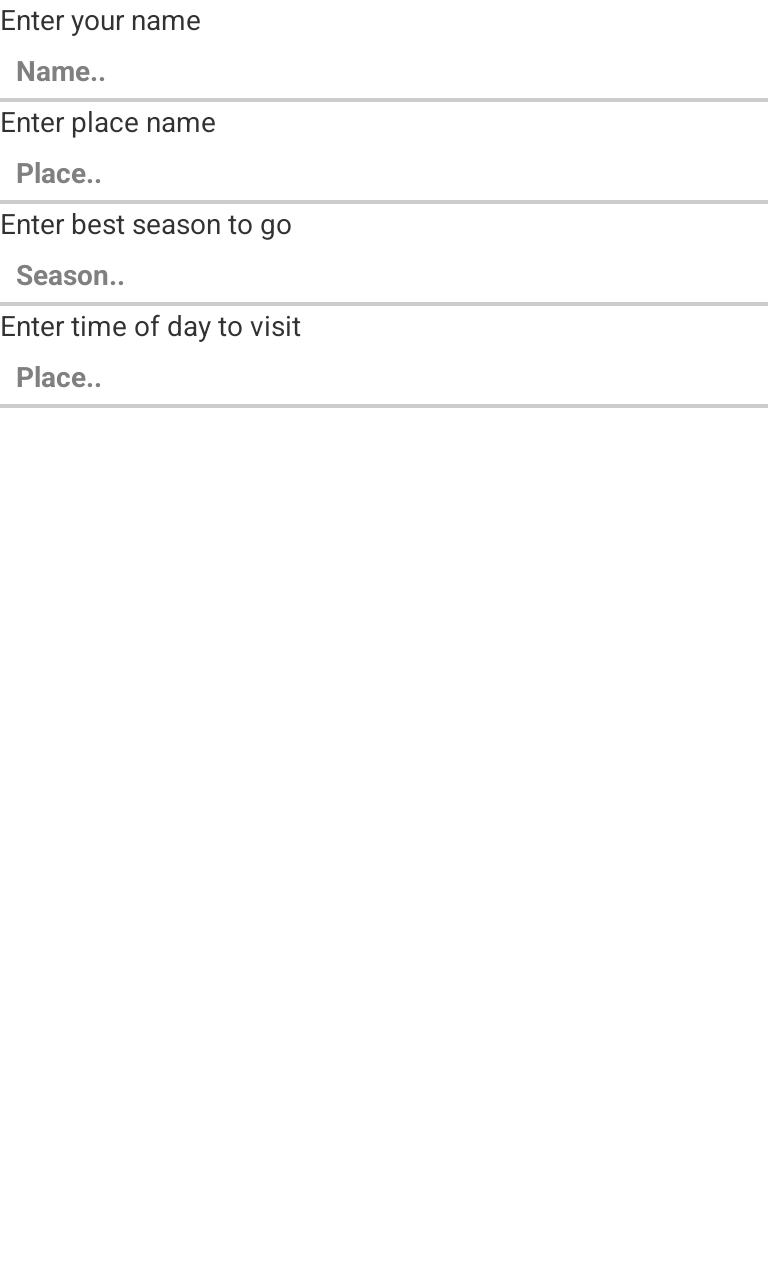
Repository: sandeshshetty/TravelZeus
Layout: TravelZeus/res/layout/fragment_insert_info.xml
The author's editor kept a copy of each file at every save. The layout is drawn from the files as they stood at one save, then again after the next save.
It is drawn on a 768 x 1280 px phone screen (xhdpi) without system bars, with theme AppTheme; the app's code is not run.

Above is the layout before, as saved 2015-05-16 15:14:00.

### TravelZeus/res/layout/fragment_insert_info.xml
<?xml version="1.0" encoding="utf-8"?>
<LinearLayout xmlns:android="http://schemas.android.com/apk/res/android"
    android:layout_width="match_parent"
    android:layout_height="match_parent"
    android:orientation="vertical">

    <TextView
        android:layout_width="match_parent"
        android:layout_height="wrap_content"
        android:text="Enter your name" />

    <EditText
        android:id="@+id/userInputName"
        android:layout_height="wrap_content"
    	android:layout_width="match_parent"
    	android:hint="Name.."
    	style="?android:listSeparatorTextViewStyle" />

    <TextView
        android:layout_width="match_parent"
        android:layout_height="wrap_content"
        android:text="Enter place name" />

    <EditText
        android:id="@+id/userInputPlace"
        android:layout_height="wrap_content"
    	android:layout_width="match_parent"
    	android:hint="Place.."
    	style="?android:listSeparatorTextViewStyle" />

    <TextView
        android:layout_width="match_parent"
        android:layout_height="wrap_content"
        android:text="Enter best season to go" />

    <EditText
        android:id="@+id/userInputSeason"
        android:layout_height="wrap_content"
    	android:layout_width="match_parent"
    	android:hint="Season.."
    	style="?android:listSeparatorTextViewStyle" />

    <TextView
        android:layout_width="match_parent"
        android:layout_height="wrap_content"
        android:text="Enter time of day to visit" />

    <EditText
        android:id="@+id/userInputTime"
        android:layout_height="wrap_content"
    	android:layout_width="match_parent"
    	android:hint="Place.."
    	style="?android:listSeparatorTextViewStyle" />

     <Button
        android:id="@+id/userInputUpload"
        android:layout_width="wrap_content"
        android:layout_height="0dp"
       	android:layout_gravity="center_horizontal"
       	android:contentDescription="Upload place" />

</LinearLayout>

Loaded but not shown: TravelZeus/res/values/styles.xml (common file); TravelZeus/res/values-v11/styles.xml (common file); TravelZeus/res/values-v14/styles.xml (common file)

After the next save:
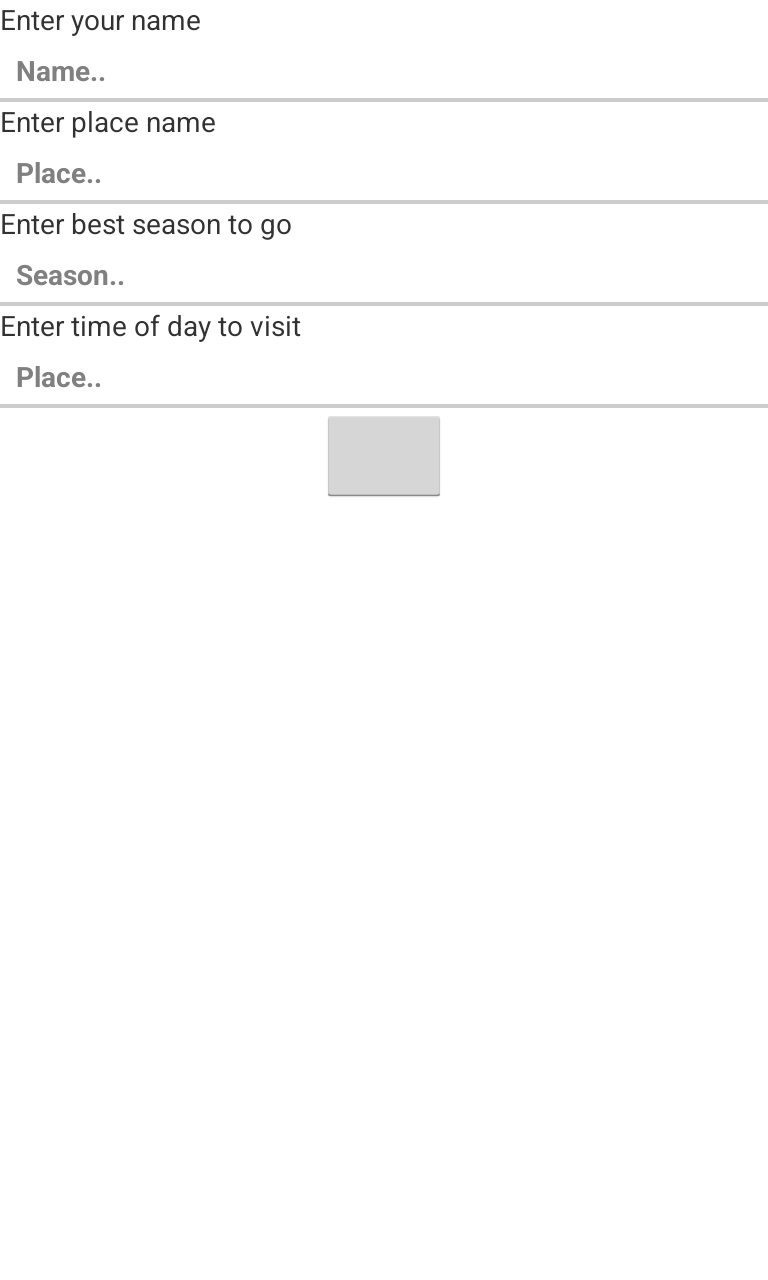
Saved 8 s later.
--- a/TravelZeus/res/layout/fragment_insert_info.xml
+++ b/TravelZeus/res/layout/fragment_insert_info.xml
@@ -55,7 +55,7 @@
      <Button
         android:id="@+id/userInputUpload"
         android:layout_width="wrap_content"
-        android:layout_height="0dp"
+        android:layout_height="wrap_content"
        	android:layout_gravity="center_horizontal"
        	android:contentDescription="Upload place" />
 
